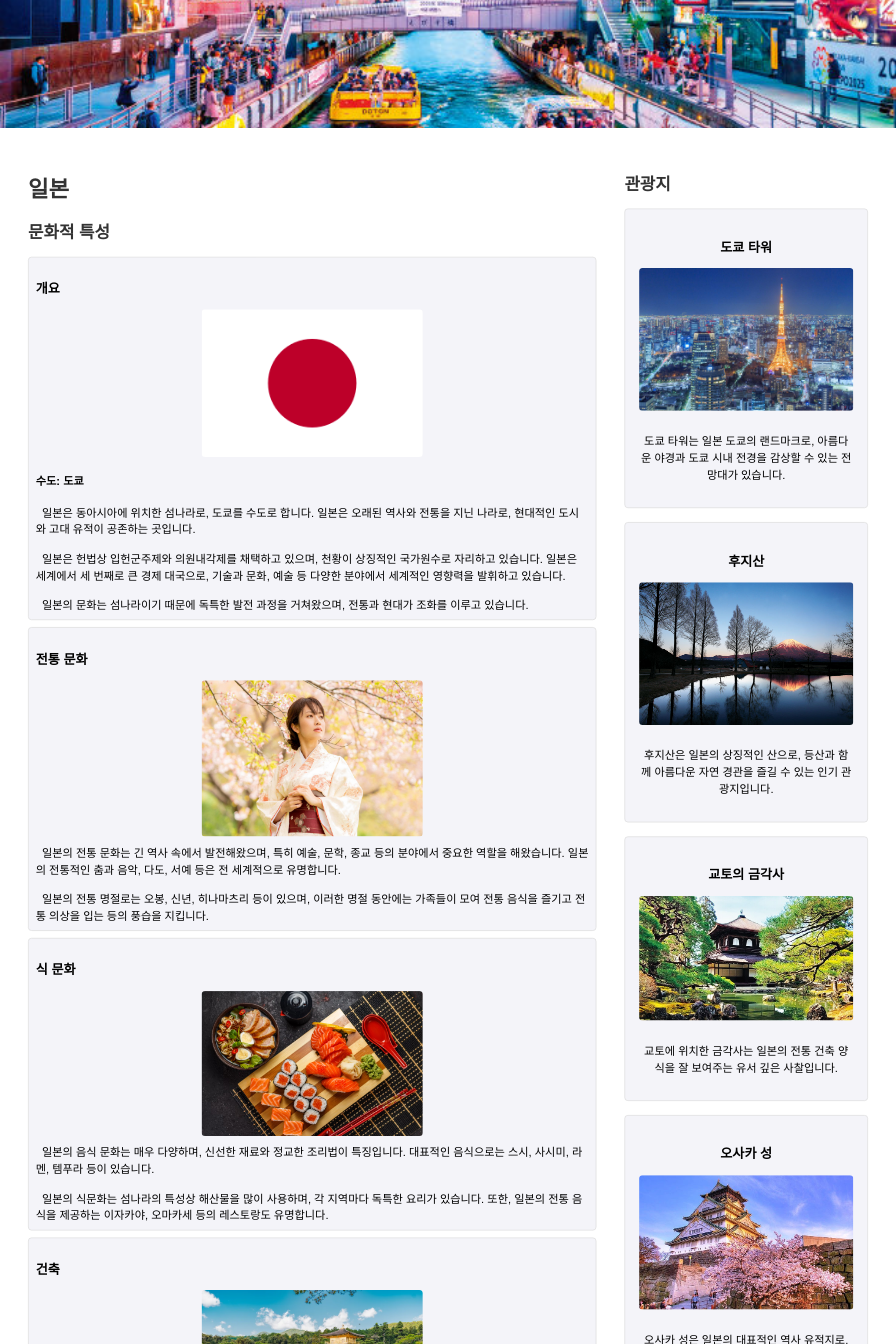
Repository: LifeIsRightward/WebServer
Page: http://localhost/JSPBook/Project/View/NationalInfo/Japanshow.jsp
The author's editor kept a copy of each file at every save. The page is drawn from the files as they stood at one save, then again after the next save.
The browser window is 1280 px wide. The pictures show the part of the page from y = 417 to 2337 px (the page is 3325 px tall before and 3307 px after), at 70% of full size.
The page is served by Tomcat 9. Other server files are loaded and not shown.

Above is the page before, as saved 2024-06-17 12:52:19.

### JSPBook/src/main/webapp/Project/View/NationalInfo/Japanshow.jsp
<%@ page language="java" contentType="text/html; charset=EUC-KR"
    pageEncoding="EUC-KR"%>
<!DOCTYPE html>
<html>
<head>
<meta charset="EUC-KR">
<title>일본 여행 정보</title>
<style>
    body {
        font-family: "Noto Sans KR", Arial, sans-serif;
        margin: 0;
        padding: 0;
    }
    .header {
        width: 100%;
        height: 600px;
        background-image: url('../../assets/NationInfo/Japan/J0.jpg');
        background-size: cover;
        background-position: center;
    }
    .content {
        display: flex;
        margin: 20px;
    }
    .left {
        width: 70%;
        padding: 20px;
    }
    .right {
        width: 30%;
        padding: 20px;
    }
    h1, h2 {
        color: #333;
    }
    .list-view {
        list-style: none;
        padding: 0;
    }
    .list-view li {
        background: #f4f4f9;
        margin: 10px 0;
        padding: 10px;
        border: 1px solid #ddd;
        border-radius: 5px;
    }
    .list-view img {
        width: 40%;
        height: auto;
        border-radius: 5px;
        margin: 0 auto 10px auto;
        display: block;
    }
    .list-view span {
        display: block;
        text-align: left;
        word-break: break-word;
    }
    .tourist-info {
        background: #f4f4f9;
        padding: 20px;
        border: 1px solid #ddd;
        border-radius: 5px;
        margin-bottom: 20px;
        text-align: center;
    }
    .tourist-info img {
        width: 100%;
        height: auto;
        border-radius: 5px;
        margin-bottom: 10px;
    }
</style>
</head>
<body>
    <div class="header"></div>
    <div class="content">
        <div class="left">
            <h1>일본</h1>
            <h2>문화적 특성</h2>
            <ul class="list-view">
                <li>
                    <h3>개요</h3>
                    <img src="../../assets/NationInfo/Japan/JapanFlag.png" alt="문화적 특성 1">
                    <h4>수도: 도쿄</h4>
                    <span>
                    &nbsp 일본은 동아시아에 위치한 섬나라로, 도쿄를 수도로 합니다. 일본은 오래된 역사와 전통을 지닌 나라로, 현대적인 도시와 고대 유적이 공존하는 곳입니다.<br><br>

                    &nbsp 일본은 헌법상 입헌군주제와 의원내각제를 채택하고 있으며, 천황이 상징적인 국가원수로 자리하고 있습니다. 일본은 세계에서 세 번째로 큰 경제 대국으로, 기술과 문화, 예술 등 다양한 분야에서 세계적인 영향력을 발휘하고 있습니다.<br><br>

                    &nbsp 일본의 문화는 섬나라이기 때문에 독특한 발전 과정을 거쳐왔으며, 전통과 현대가 조화를 이루고 있습니다.
                    </span>
                </li>
                <li>
                    <h3>전통 문화</h3>
                    <img src="../../assets/NationInfo/Japan/J1.jpeg" alt="문화적 특성 2">
                    <span>
                    &nbsp 일본의 전통 문화는 긴 역사 속에서 발전해왔으며, 특히 예술, 문학, 종교 등의 분야에서 중요한 역할을 해왔습니다. 일본의 전통적인 춤과 음악, 다도, 서예 등은 전 세계적으로 유명합니다.<br><br>

                    &nbsp 일본의 전통 명절로는 오봉, 신년, 히나마츠리 등이 있으며, 이러한 명절 동안에는 가족들이 모여 전통 음식을 즐기고 전통 의상을 입는 등의 풍습을 지킵니다.
                    </span>
                </li>
                <li>
                    <h3>식 문화</h3>
                    <img src="../../assets/NationInfo/Japan/J2.png" alt="문화적 특성 3">
                    <span>
                    &nbsp 일본의 음식 문화는 매우 다양하며, 신선한 재료와 정교한 조리법이 특징입니다. 대표적인 음식으로는 스시, 사시미, 라멘, 템푸라 등이 있습니다.<br><br>

                    &nbsp 일본의 식문화는 섬나라의 특성상 해산물을 많이 사용하며, 각 지역마다 독특한 요리가 있습니다. 또한, 일본의 전통 음식을 제공하는 이자카야, 오마카세 등의 레스토랑도 유명합니다.
                    </span>
                </li>
                <li>
                    <h3>건축</h3>
                    <img src="../../assets/NationInfo/Japan/J3.png" alt="문화적 특성 4">
                    <span>
                    &nbsp 일본의 건축은 전통적인 목조 건축물과 현대적인 건축물이 조화를 이루고 있습니다. 대표적인 건축물로는 도쿄 타워, 교토의 금각사, 오사카 성 등이 있습니다.<br><br>

                    &nbsp 또한, 일본의 전통 가옥인 마치야와 신사의 건축 양식은 일본의 문화와 역사를 반영하고 있습니다. 최근에는 현대적이고 독창적인 건축물도 많이 생겨나고 있습니다.
                    </span>
                </li>
                <li>
                    <h3>현대 대중문화</h3>
                    <img src="../../assets/NationInfo/Japan/J4.jpg" alt="문화적 특성 5">
                    <span>
                    &nbsp 일본의 현대 대중문화는 애니메이션, 만화, 게임 등 다양한 분야에서 전 세계적으로 큰 인기를 끌고 있습니다. 일본의 영화, 음악, 드라마도 많은 팬층을 보유하고 있습니다.<br><br>

                    &nbsp 특히, 일본의 애니메이션과 만화는 독특한 예술성과 이야기로 세계 각지에서 사랑받고 있으며, 일본의 게임 산업도 글로벌 시장에서 큰 영향력을 발휘하고 있습니다.
                    </span>
                </li>
            </ul>
        </div>
        <div class="right">
        <h2>관광지</h2>
        <div class="tourist-info">
            <h3>도쿄 타워</h3>
            <img src="../../assets/NationInfo/Japan/J5.jpg" alt="도쿄 타워">
            <p>도쿄 타워는 일본 도쿄의 랜드마크로, 아름다운 야경과 도쿄 시내 전경을 감상할 수 있는 전망대가 있습니다.</p>
        </div>
        <div class="tourist-info">
            <h3>후지산</h3>
            <img src="../../assets/NationInfo/Japan/J6.jpg" alt="후지산">
            <p>후지산은 일본의 상징적인 산으로, 등산과 함께 아름다운 자연 경관을 즐길 수 있는 인기 관광지입니다.</p>
        </div>
        <div class="tourist-info">
            <h3>교토의 금각사</h3>
            <img src="../../assets/NationInfo/Japan/J7.jpg" alt="금각사">
            <p>교토에 위치한 금각사는 일본의 전통 건축 양식을 잘 보여주는 유서 깊은 사찰입니다.</p>
        </div>
        <div class="tourist-info">
            <h3>오사카 성</h3>
            <img src="../../assets/NationInfo/Japan/J8.jpg" alt="오사카 성">
            <p>오사카 성은 일본의 대표적인 역사 유적지로, 아름다운 성곽과 함께 주변 공원이 인상적입니다.</p>
        </div>
        <div class="tourist-info">
            <h3>나라의 사슴 공원</h3>
            <img src="../../assets/NationInfo/Japan/J9.png" alt="사슴 공원">
            <p>나라의 사슴 공원은 자유롭게 돌아다니는 사슴들과 함께할 수 있는 독특한 관광지입니다.</p>
        </div>
        <div class="tourist-info">
            <h3>히로시마 평화 기념 공원</h3>
            <img src="../../assets/NationInfo/Japan/J10.jpg" alt="평화 기념 공원">
            <p>히로시마 평화 기념 공원은 원자 폭탄 피해를 기억하고 평화를 기원하는 장소로, 역사적 의미가 깊은 곳입니다.</p>
        </div>
    </div>
    </div>
</body>
</html>

After the next save:
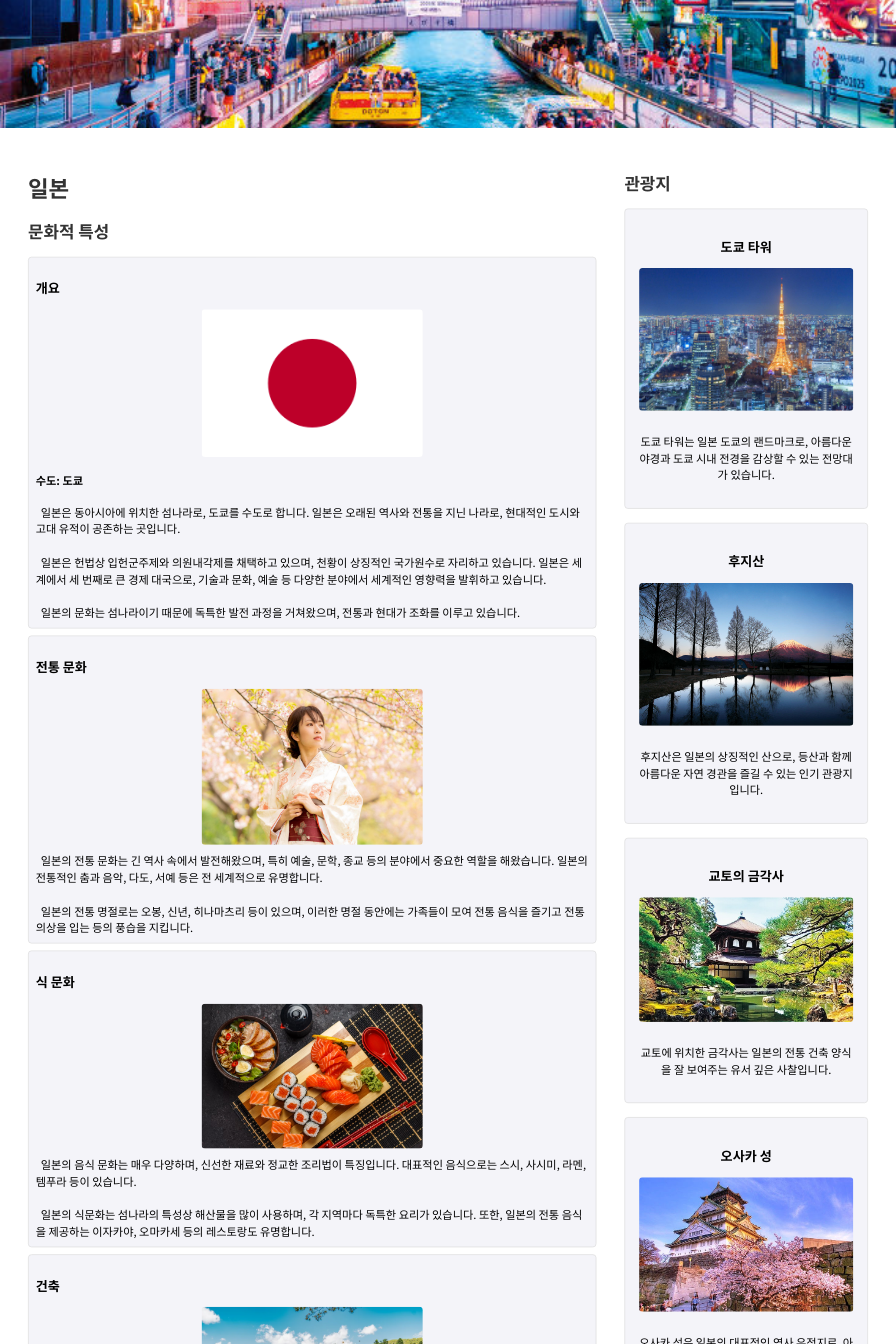
Saved 7 s later.
--- a/JSPBook/src/main/webapp/Project/View/NationalInfo/Japanshow.jsp
+++ b/JSPBook/src/main/webapp/Project/View/NationalInfo/Japanshow.jsp
@@ -5,6 +5,7 @@
 <head>
 <meta charset="EUC-KR">
 <title>일본 여행 정보</title>
+<link href="https://fonts.googleapis.com/css2?family=Noto+Sans+KR:wght@300;400;500;700&display=swap" rel="stylesheet">
 <style>
     body {
         font-family: "Noto Sans KR", Arial, sans-serif;
